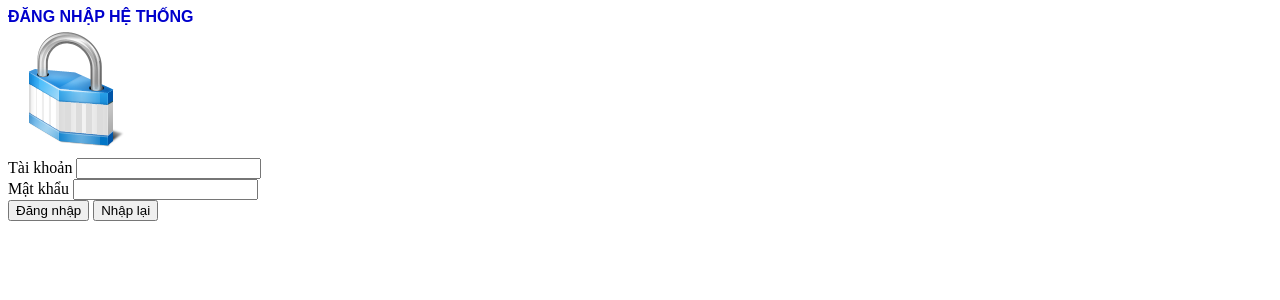
Repository: AnhDuc0125/HTML-Aptech
Page: bt2092/index.html
The author's editor kept a copy of each file at every save. The page is drawn from the files as they stood at one save, then again after the next save.
The browser window is 1280 px wide. The pictures show the whole page.

Above is the page before, as saved 2021-12-03 20:08:22.

After the next save:
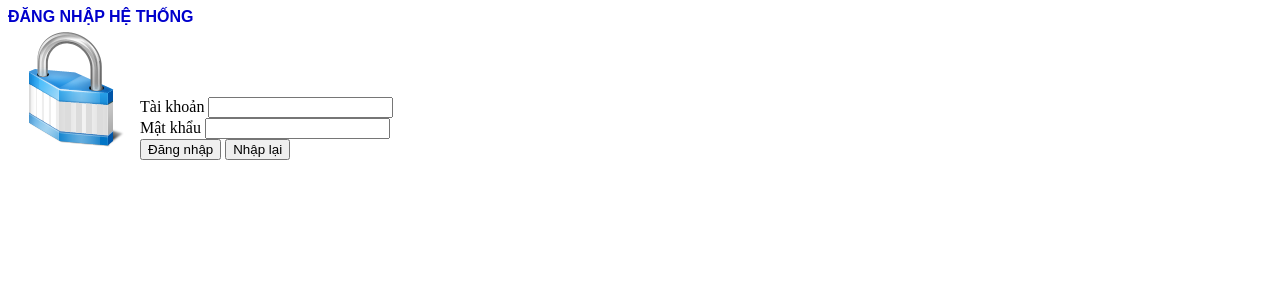
Saved 57 s later.
--- a/bt2092/style.css
+++ b/bt2092/style.css
@@ -4,3 +4,7 @@
     font-weight: bold;
     font-family: Arial, Helvetica, sans-serif;
 }
+
+.img, .login {
+    display: inline-block;
+}
